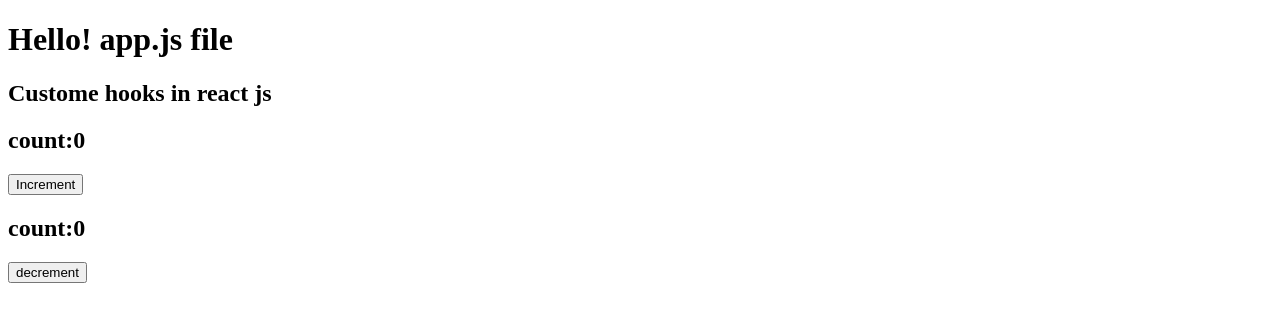
Repository: Gulzarokz/React_Course_Review
Page: / (app in vite-Project/)
These files come from the project's save history. The page is drawn as it stood at one moment and after the next save; the edit follows.
The browser window is 1280 px wide. The pictures show the whole page.
The project was rebuilt for these pictures with package versions that can differ from the ones it lists, and the page was loaded fresh each time. Also part of the build but not shown: vite-Project/vite.config.js.

Above is the page before, as saved 2026-04-30 12:09:56.

### vite-Project/index.html
<!doctype html>
<html lang="en">

<head>
  <meta charset="UTF-8" />
  <link rel="icon" type="image/svg+xml" href="/favicon.svg" />
  <meta name="viewport" content="width=device-width, initial-scale=1.0" />
  <title>React js Review</title>
</head>

<body>
  <div id="root"></div>
  <script type="module" src="/src/main.jsx"></script>
</body>

</html>

### vite-Project/src/App.jsx
import { useState } from 'react';
import MyCount from './myCount';









function App() {
  // const [count, setCount] = useState(0)

  // function getData() {
  //   alert('Hello How are you!')
  // }
  return (
    <>
      <h1>Hello! app.js file</h1>
      <MyCount />












    </>
  )
}
export default App

### vite-Project/src/myCount.jsx
import React, { useState } from 'react'

const MyCount = () => {
    const [count, setCount] = useState(0)

    const increment = () => {
        setCount(count + 1)
    }
    const decrement = () => {
        setCount(count - 1)
    }
    return (
        <>
            <h2>Custome hooks in react js</h2>
            <h2>count:{count}</h2>
            <button onClick={() => setCount(increment)}>Increment</button>
            <h2>count:{count}</h2>
            <button onClick={() => setCount(decrement)}>decrement</button>
        </>
    )
}

export default MyCount

Loaded but not shown: vite-Project/src/main.jsx (common file)

After the next save:
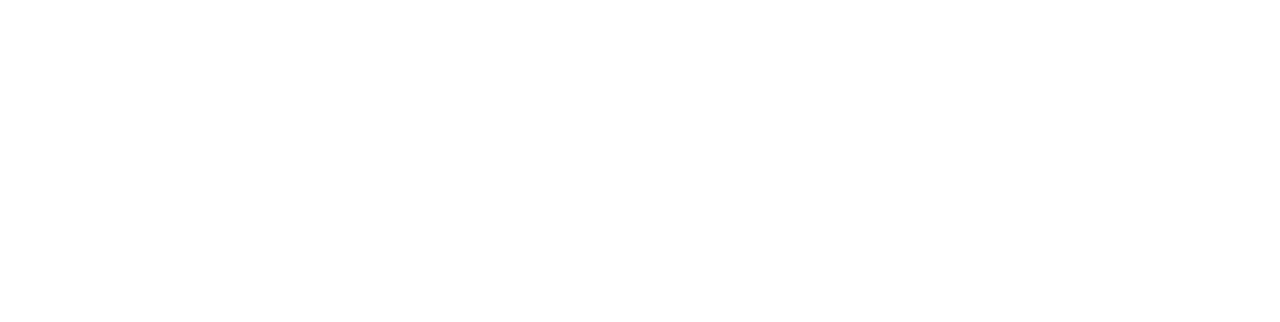
Console error (its wording comes from the project's code and is left out).
Saved 2 min 34 s later.
--- a/vite-Project/src/myCount.jsx
+++ b/vite-Project/src/myCount.jsx
@@ -13,9 +13,9 @@
         <>
             <h2>Custome hooks in react js</h2>
             <h2>count:{count}</h2>
-            <button onClick={() => setCount(increment)}>Increment</button>
+            <button onClick={setCount(increment)}>Increment</button>
             <h2>count:{count}</h2>
-            <button onClick={() => setCount(decrement)}>decrement</button>
+            <button onClick={setCount(decrement)}>decrement</button>
         </>
     )
 }

After the save that followed:
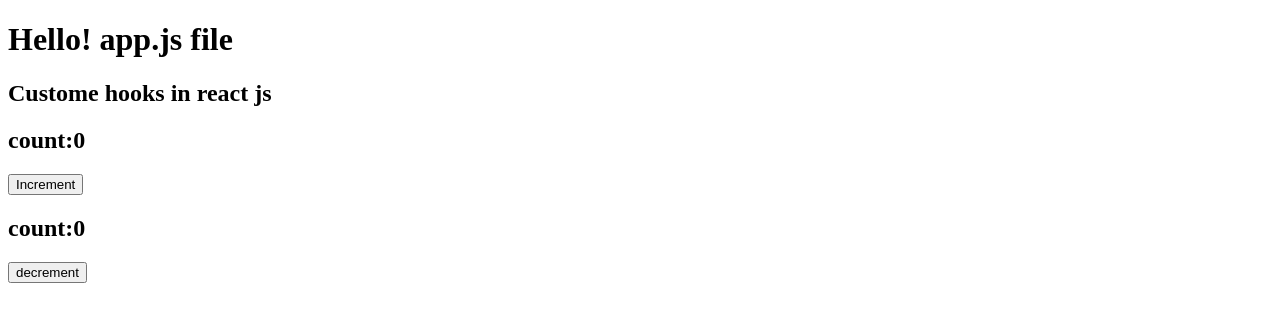
The error is gone.
Saved 40 s later.
--- a/vite-Project/src/myCount.jsx
+++ b/vite-Project/src/myCount.jsx
@@ -13,9 +13,9 @@
         <>
             <h2>Custome hooks in react js</h2>
             <h2>count:{count}</h2>
-            <button onClick={setCount(increment)}>Increment</button>
+            <button onClick={increment}>Increment</button>
             <h2>count:{count}</h2>
-            <button onClick={setCount(decrement)}>decrement</button>
+            <button onClick={decrement}>decrement</button>
         </>
     )
 }
